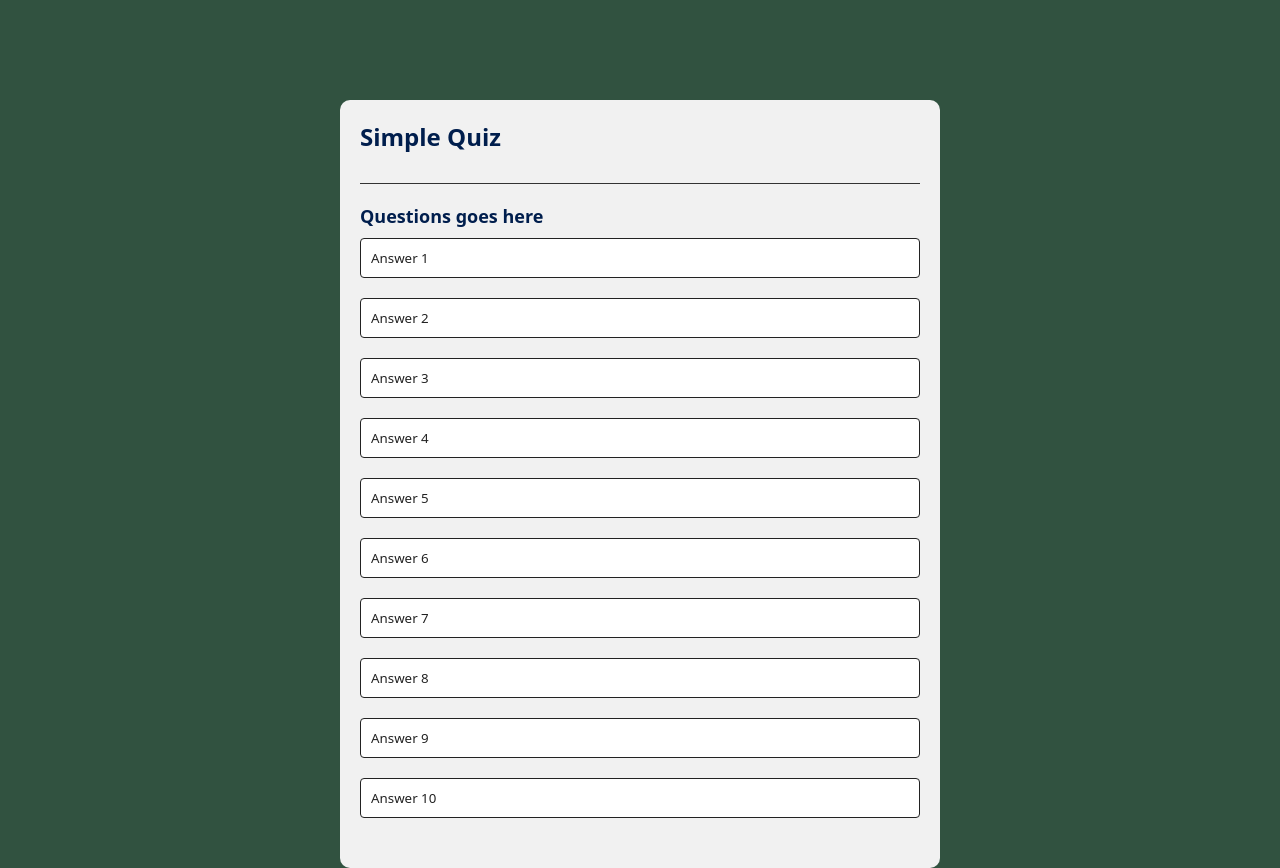
Repository: VickyJacob23/Quiz-App
Page: index.html
These files come from the project's save history. The page is drawn as it stood at one moment and after the next save; the edit follows.
The browser window is 1280 px wide. The pictures show the whole page.

Above is the page before, as saved 2024-08-04 16:45:40.

After the next save:
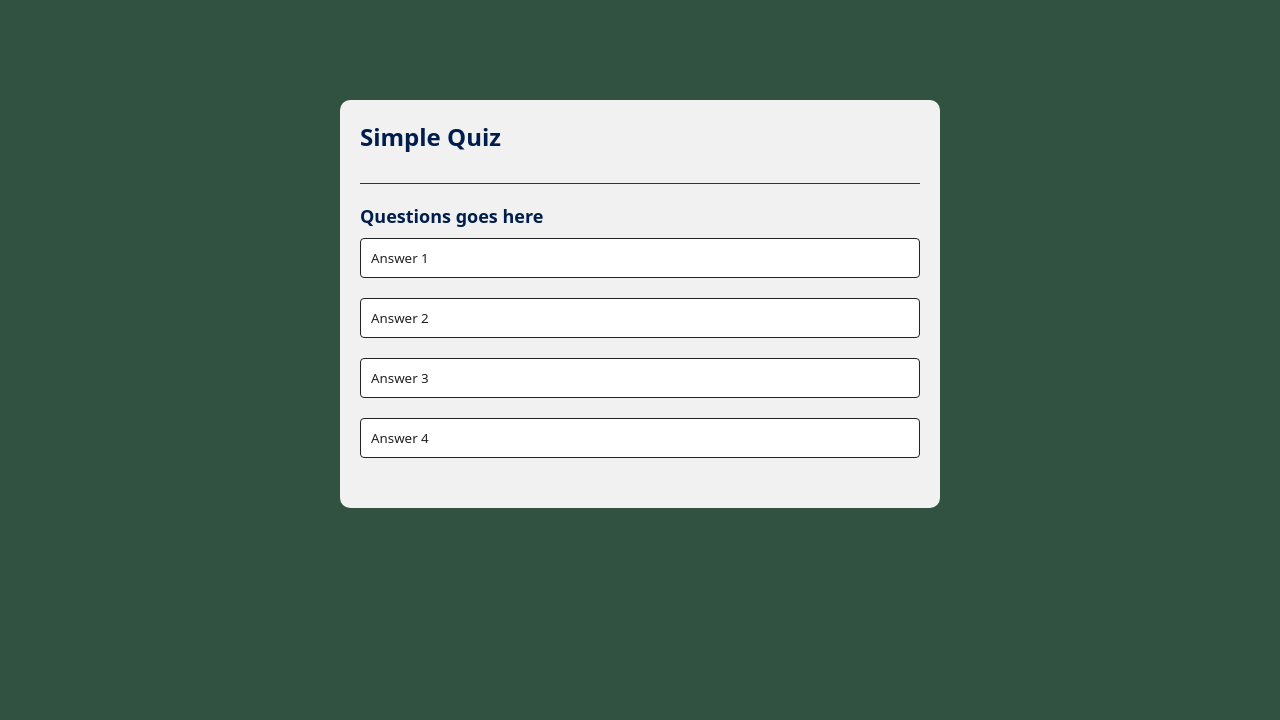
Saved 50 s later.
--- a/index.html
+++ b/index.html
@@ -16,12 +16,6 @@
                 <button class="btn">Answer 2</button>
                 <button class="btn">Answer 3</button>
                 <button class="btn">Answer 4</button>
-                <button class="btn">Answer 5</button>
-                <button class="btn">Answer 6</button>
-                <button class="btn">Answer 7</button>
-                <button class="btn">Answer 8</button>
-                <button class="btn">Answer 9</button>
-                <button class="btn">Answer 10 </button>
             </div>
         </div>
     </div>
